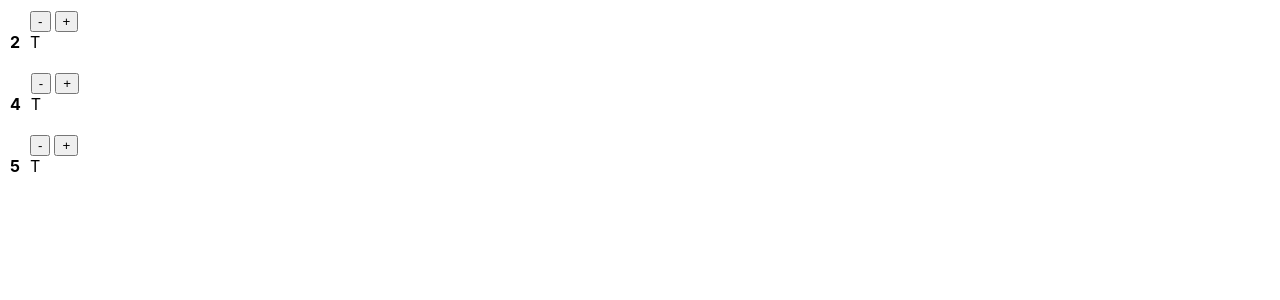
Repository: donalddoe/react_quiz
Page: /
An editor plug-in stored every save of this project. The page is shown before and after the next save, followed by the edit.
The browser window is 1280 px wide. The pictures show the whole page.
The project was rebuilt for these pictures with package versions that can differ from the ones it lists, and the page was loaded fresh each time.

Above is the page before, as saved 2020-08-28 17:22:03.

After the next save:
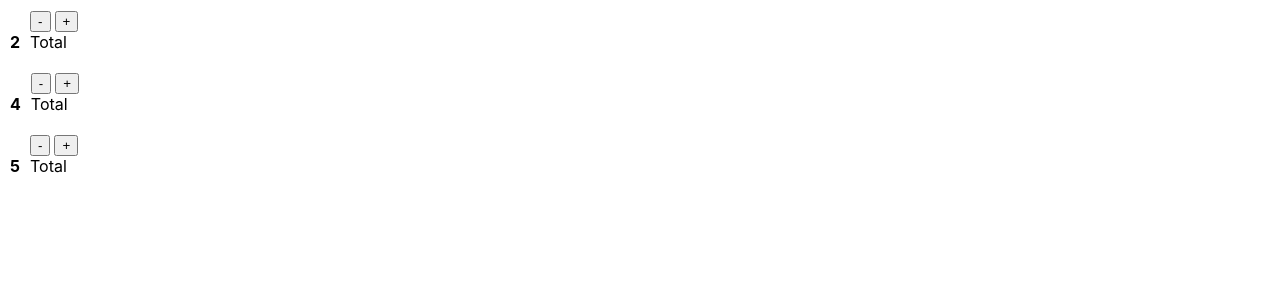
Saved 4 s later.
--- a/src/App.js
+++ b/src/App.js
@@ -26,7 +26,7 @@ class Counter extends Component {
           <button className="button is-danger is-small" onClick={this.onDecrement} >-</button>
           <button className="button is-success is-small" onClick={this.onIncrement} >+</button>
           <div>
-            T
+            Total
           </div>
         </div>
       </div>
